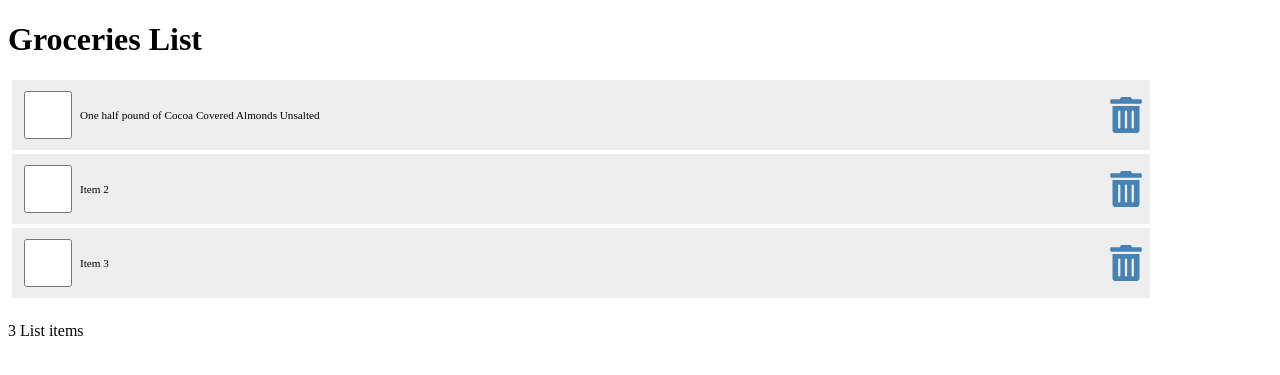
Repository: akinmiday/react-series
Page: /
The author's editor kept a copy of each file at every save. The page is drawn from the files as they stood at one save, then again after the next save.
The browser window is 1280 px wide. The pictures show the whole page.
The project was rebuilt for these pictures with package versions that can differ from the ones it lists, and the page was loaded fresh each time. Also part of the build but not shown: vite.config.js, src/index.css.

Above is the page before, as saved 2023-08-21 19:57:35.

### src/App.jsx
import { useState } from 'react'
import './App.css'
import Content from './Content'
import Footer from './Footer'
import Header from './Header'

const App = () => {
  const [items, setItems] = useState([
    {
      id: 1,
      checked: false,
      item: "One half pound of Cocoa Covered Almonds Unsalted"
    },
    {
      id: 2,
      checked: false,
      item: "Item 2"
    },
    {
      id: 3,
      checked: false,
      item: "Item 3"

    }
  ])

  const handleCheck = (id) => {
    const listItems = items.map((item) => item.id === id ? { ...item, checked: !item.checked } : item)
    setItems(listItems)
    localStorage.setItem("shoppinglist", JSON.stringify(listItems))
  }

  const handleDelete = (id) => {
    const listItems = items.filter((item) => item.id !== id)
    setItems(listItems)
    localStorage.setItem("shoppinglist", JSON.stringify(listItems))
  }

  return (
    <>
      <Header title="Groceries List" />
      <Content
        items={items}
        handleCheck={handleCheck}
        handleDelete={handleDelete}
      />
      <Footer length={items.length} />
    </>
  )
}

export default App

### src/App.css
ul {
    width: 90%;
    list-style: none;
    padding: 0 0.25rem 0.25rem;
}

ul li::before{
    content: "\200B";
}

.item{
    display: flex;
    justify-content: flex-start;
    align-items: center;
    padding: 0.5rem 0 0.5rem 0.5rem;
    margin: 0.25rem 0;
    background-color: #eee;
}

.item input[type="checkbox"] {
    text-align: center;
    width: 2.5rem;
    width: 48px;
    min-width: 48px;
    height: 2.5rem;
    height: 48px;
    min-height: 48px;
    cursor: pointer;
    margin-right: 0.5rem;
}

.item input[type="checkbox"]:focus + label{
text-decoration: underline;
}

.item > label{
    font-size: 0.7rem;
    flex-grow: 1;
}

.item svg{
    width: 48px;
    min-width: 48px;
    height: 36px;
    font-size: 2px;
    color: steelblue;
    cursor: pointer;
}

.item svg:focus,
.item svg:hover{
    color: red;
    outline: none;
}

### src/Content.jsx
/* eslint-disable react/prop-types */

import ItemList from "./ItemList"


const Content = ({ items, handleCheck, handleDelete }) => {

    return (
        <>
            {items.length ? (
                <ItemList
                    items={items}
                    handleCheck={handleCheck}
                    handleDelete={handleDelete}
                />
            ) : (
                <p style={{ marginTop: '2rem' }} >Your List is empty</p >
            )}
        </>
    )
}

export default Content

### src/Footer.jsx
// eslint-disable-next-line react/prop-types
const Footer = ({ length }) => {

  return (
    <div>
      <p>{length} List {length <= 1 ? "item" : "items"}  </p>
    </div>
  )
}

export default Footer

### src/Header.jsx
// eslint-disable-next-line react/prop-types
const Header = ({ title }) => {
    return (
        <header>
            <h1>{title}</h1>
        </header>
    )
}

export default Header

### src/ItemList.jsx
/* eslint-disable react/prop-types */
import LineItem from "./LineItem"

const ItemList = ({ items, handleCheck, handleDelete }) => {
    return (
        <ul>
            {items.map((item) => (
                <LineItem
                    key={item.id}
                    item={item}
                    handleCheck={handleCheck}
                    handleDelete={handleDelete}
                />
            ))}
        </ul>
    )
}

export default ItemList

### src/LineItem.jsx
/* eslint-disable react/prop-types */
import { FaTrashAlt } from "react-icons/fa"

const LineItem = ({ item, handleCheck, handleDelete }) => {
    return (
        <li className='item' key={item.id} >
            <input
                type='checkbox'
                checked={item.checked}
                onChange={() => handleCheck(item.id)}
            />
            <label
                style={(item.checked) ? { textDecoration: 'line-through' } : null}
                onDoubleClick={() => handleCheck(item.id)}
            >{item.item}</label>
            <FaTrashAlt
                onClick={() => handleDelete(item.id)}
                role='button'
                tabIndex="0"
                aria-label={`Delete ${item.item}`}
            />
        </li>
    )
}

export default LineItem

Loaded but not shown: index.html (common file); src/main.jsx (common file)

After the next save:
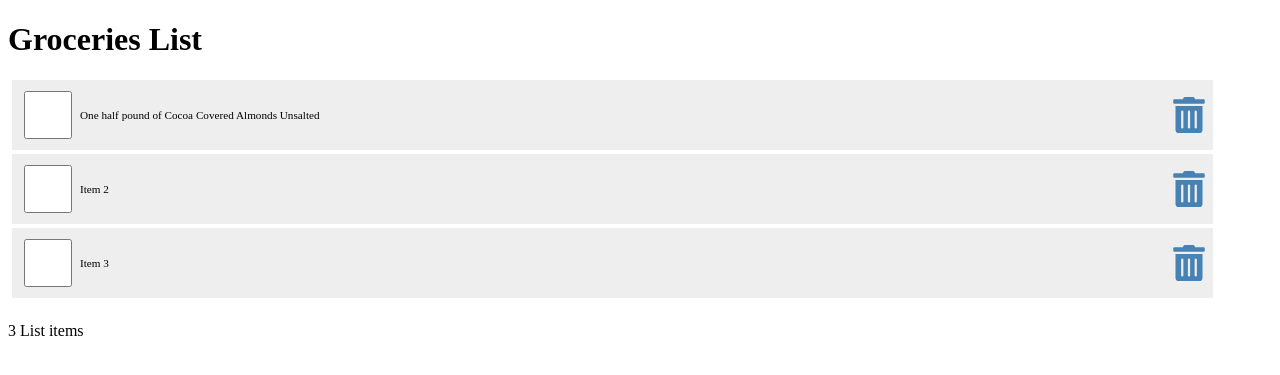
Saved 11 min 57 s later.
--- a/src/App.css
+++ b/src/App.css
@@ -1,5 +1,5 @@
 ul {
-    width: 90%;
+    width: 95%;
     list-style: none;
     padding: 0 0.25rem 0.25rem;
 }
